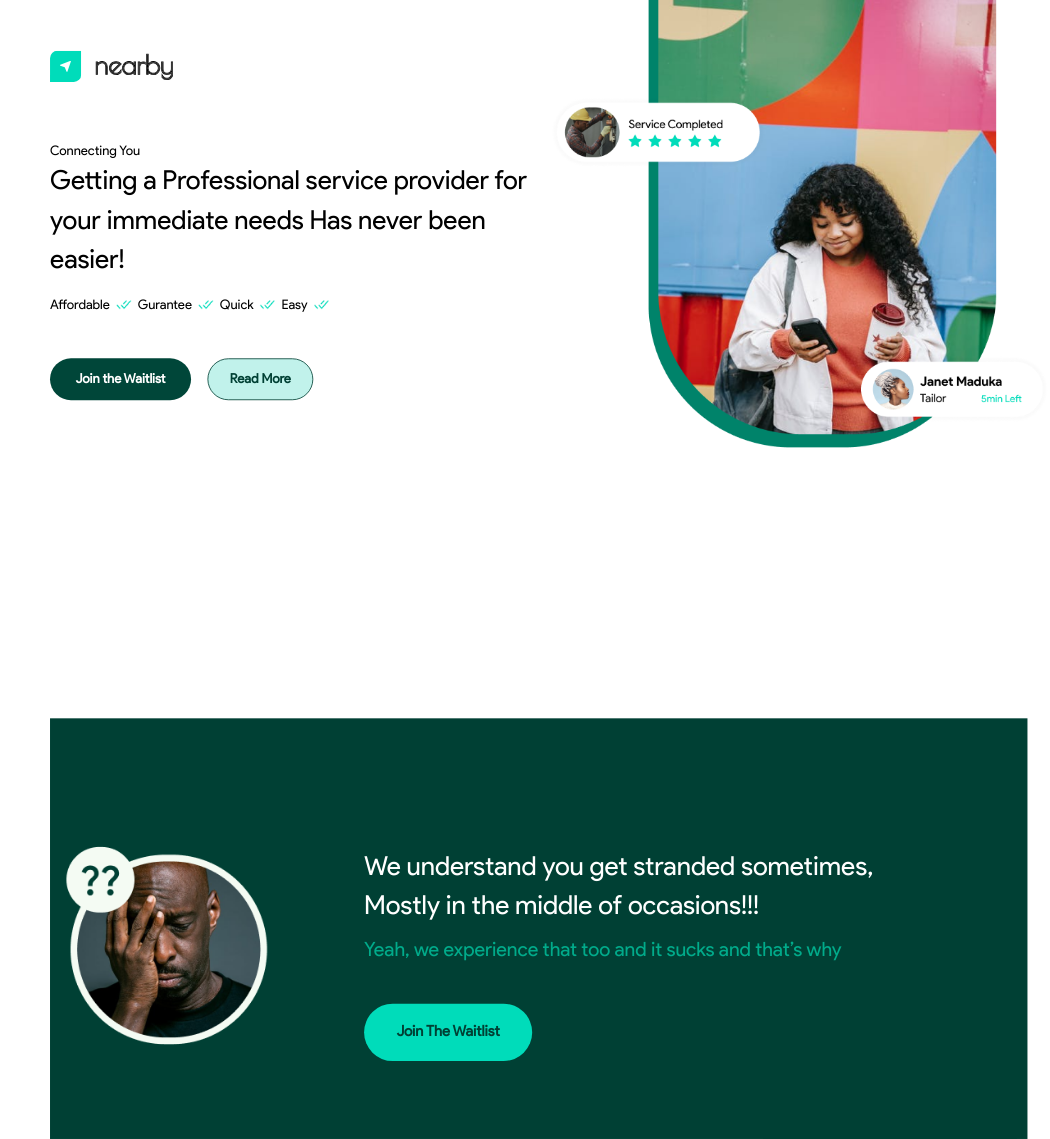
Repository: Eugene44-hub/Mearby
Page: /
An editor plug-in stored every save of this project. The page is shown before and after a run of saves, followed by the edit.
The browser window is 1280 px wide. The pictures show the whole page, at 82% of full size.
The project was rebuilt for these pictures with package versions that can differ from the ones it lists, and the page was loaded fresh each time.

Above is the page before, as saved 2022-04-30 07:25:08.

### src/App.tsx
import React from 'react';
import Hero from './components/hero/Hero';
import Nav from './components/nav/Nav';
import LandingPage from './pages/landing/LandingPage';

function App() {
  return (
   <>
<Nav/>
<LandingPage/>
</>

);
}

export default App;

### src/components/nav/Nav.tsx
import React from 'react';
import send from '../../assets/images/send.svg';
import nearby from '../../assets/images/nearby logo.svg';
import styles from "./Nav.module.css"
const Nav = () => {
	return (
		<nav className={`md:h-auto h-[96.57px] ${styles.nav} flex`}>
			<header className="m-auto block md:hidden">
				<div className="flex justify-center">
					<img
						src={send}
						className="bg-[#00DCBA] mr-[16.79px] p-3 rounded-tl-[8.91471px] rounded-br-[8.91471px]"
						alt="send"
					/>
					<img src={nearby} alt="send" />
				</div>
			</header>
		</nav>
	);
};

export default Nav;

### src/pages/landing/LandingPage.tsx
import React from 'react'
import Hero from '../../components/hero/Hero';
import Understand from '../../components/understand/Understand';
const LandingPage = () => {
  return (
    <>

    <Hero/>
    <Understand/>
    </>
  )
}

export default LandingPage

### src/components/nav/Nav.module.css
@media screen and (max-width:768px) {
    .nav{
/* display: none; */
/* bg-[#014034] */
background-color:#014034;
}
}

### src/components/hero/Hero.tsx
import React from 'react';
import styles from './Hero.module.css';
import checked from '../../assets/images/checked.png';
import heroImg from '../../assets/images/heroImg.png';
import send from '../../assets/images/send.svg';
import nearby from '../../assets/images/nearbyDark.svg';

const Hero = () => {
	const minorText: string[] = [ 'affordable', 'gurantee', 'quick', 'easy' ];
	return (
		<section className="container md:pl-[61px]">
			<div className={`${styles.container} md:flex justify-between`}>
				<div className={`${styles.heroContainer} mb-[3rem] flex flex-wrap md:w-[50%]`}>
					<div className="md:flex w-[20%] hidden mt-[62px] items-center">
						<img
							src={send}
							className="bg-[#00DCBA] w-[100%] mr-[16.79px] p-3 rounded-tl-[8.91471px] rounded-br-[8.91471px]"
							alt="send"
						/>
						<img src={nearby} alt="send" />
					</div>

					<div className="m-auto">
						<h2 className={` ${styles.connectHead} flex items-end md:h-[95.5px]`}>Connecting You</h2>
						<p className={`text-[2rem] ${styles.connectText}`}>
							Getting a Professional service provider for your immediate needs Has never been easier!
						</p>
					</div>

					<ul className={`${styles.connectList} mt-5 flex justify-between `}>
						{minorText.map((item, index) => (
							<li key={index} className="flex items-center capitalize mr-2">
								{item} <img src={checked} className="w-[18px] ml-2" alt="checked" />
							</li>
						))}
					</ul>

					<div className="w-[100%] md:pt-[53px] md:px-0 p-5">
						<button className="bg-[#004639] font-bold w-[172px] h-[51px] text-white mr-5 rounded-[50px]">
							Join the Waitlist
						</button>
						<button className="bg-[#C1F2EB] font-bold w-[129px] h-[51px] rounded-[50px] text-[#004034] border border-[#004034] capitalize">
							read more
						</button>
					</div>
				</div>
				<div className="md:w-[50%]">
					<img src={heroImg} className={styles.heroImg} alt="" />
				</div>
			</div>
		</section>
	);
};

export default Hero;
// wKcVoY0oBaK0dDUj5
// yX2Q8nskPsN4AjVkAPMBM

### src/components/understand/Understand.tsx
import React from 'react'
import understand from "../../assets/images/understand.png"
import WaitLight from "../../components/Buttons/WaitLight"
const Understand = () => {
  return (
    <div className='container pl-[61px] pr-[27px]'>
 <div className='bg-[#004034] px-5 pt-[9.75rem] md:flex justify-center  relative mt-[20rem]'>

<img src={understand} className=" absolute block md:hidden translate-x-[-50%] left-[50%] top-[-20%]" alt="understand" />
<div className='md:block hidden mr-5'>
<img src={understand} className=" w-[100%]"alt="understand" />

</div>

<div className='md:w-[60%] mx-auto '>
<div>
<p className='text-[2rem] text-white'>
We understand you get stranded sometimes, Mostly in the middle of occasions!!!
</p>
<p className='mt-3 text-[1.5rem] text-[#01AB8B] '>
Yeah, we experience that too and it sucks and that’s why  </p>
</div>

<div className='pt-[3rem] pb-[5.938rem]'>
<WaitLight/>
</div>

</div>



  </div>
    </div>

  )
}

export default Understand

### src/components/hero/Hero.module.css
.container{
height: 812px;
background-image: url(../../assets/images/mobileHero.png);
background-repeat: no-repeat;
background-position: center;
background-size: 133% 100%;
}


.heroImg{
    display: none;
    width: 100%;
}
.heroContainer{
    /* background-color: black; */
    color: white;

}
.connectHead,.connectText,.connectList{
    padding: 20px;

}
@media screen and (min-width:600px) {
    .container{
    background-image:none;
    height: auto;
}
.connectHead{
    background-color: none;
}
.heroImg{
    display: block;
}
.connectHead{
    background-color: none;
}
.heroContainer{
    /* background-color: black; */
    color: black ;
}

}

@media screen and (min-width:768px) {
    .connectHead,.connectText,.connectList{
        padding: 0px;
    }

}


@media screen and (max-width:600px){
.connectHead{
    background-color: #004034;
}

}
/* .minorTxt{
} */
/* linear-gradient(rgba(0, 64, 52, 1), rgba(0, 57, 64, 0)) */
/* linear-gradient(rgba(0, 64, 52, 1),rgba(0, 64, 52, 1)) */

### src/components/Buttons/WaitLight.tsx
import React from 'react'
import styles from "./Button.module.css"

const Wait = () => {
  return (
    <button className={`${styles.light} capitalize`}>Join the waitlist</button>

  )
}

export default Wait

### src/components/Buttons/Button.module.css
    .light {
        background-color: #00DCBA;
        color: #004034;
        width: 205px;
        font-size: 1.125rem;
    }

    .dark {
        background-color: #004639;
        color: #004034;
        font-size: "1rem";
        width: 192px;
    }

    .light,
    .dark {
        height: 70px;
        border-radius: 50px;
        font-weight: bold;
    }

Loaded but not shown: public/index.html (common file); src/index.tsx (common file); src/index.css (common file); tailwind.config.js (common file)

After the next 2 saves:
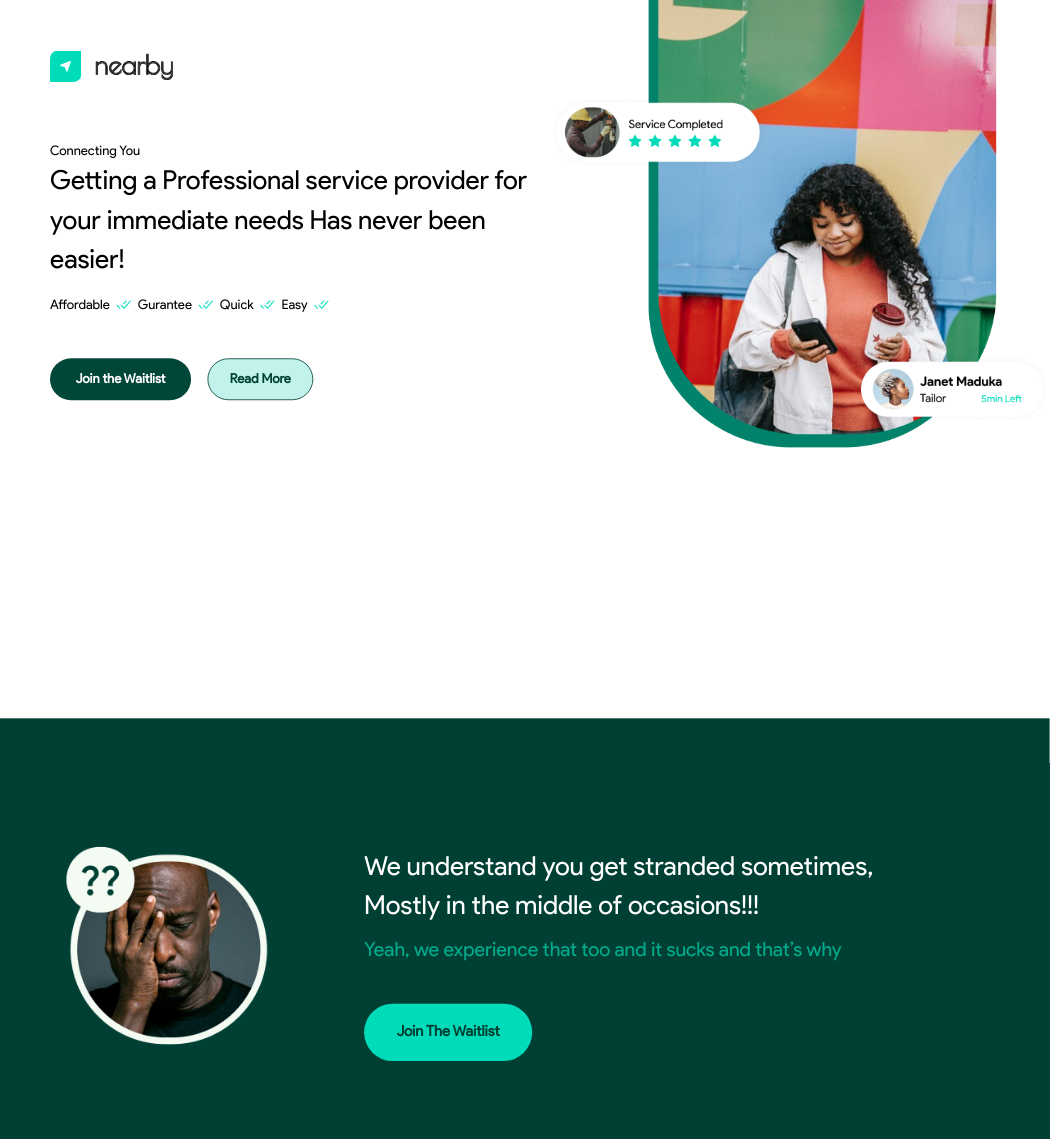
The 2 saves are shown as one change because they came seconds apart.
The last was saved 12 s later.
--- a/src/components/understand/Understand.tsx
+++ b/src/components/understand/Understand.tsx
@@ -3,8 +3,8 @@ import understand from "../../assets/images/understand.png"
 import WaitLight from "../../components/Buttons/WaitLight"
 const Understand = () => {
   return (
-    <div className='container pl-[61px] pr-[27px]'>
- <div className='bg-[#004034] px-5 pt-[9.75rem] md:flex justify-center  relative mt-[20rem]'>
+    <div className='container bg-[#004034] pl-[61px] pr-[27px]'>
+ <div className=' px-5 pt-[9.75rem] md:flex justify-center  relative mt-[20rem]'>
 
 <img src={understand} className=" absolute block md:hidden translate-x-[-50%] left-[50%] top-[-20%]" alt="understand" />
 <div className='md:block hidden mr-5'>
